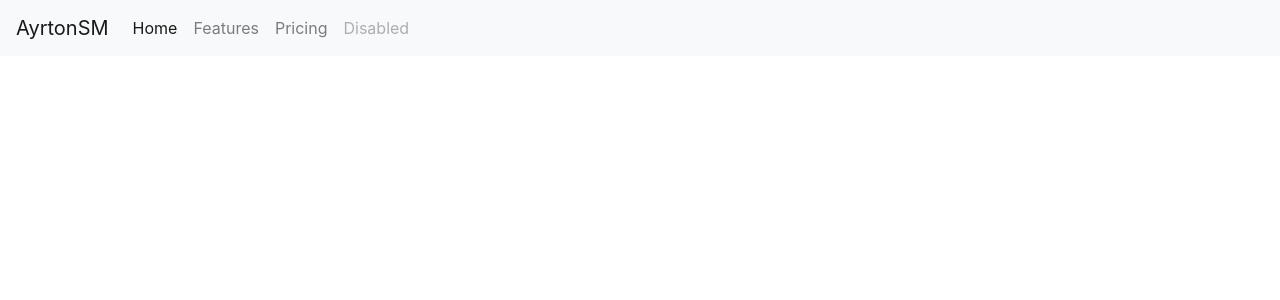
Repository: AyrtonSM/ayrtonsm.github.io
Page: website/index.html
These files come from the project's save history. The page is drawn as it stood at one moment and after the next save; the edit follows.
The browser window is 1280 px wide. The pictures show the whole page.
Some web libraries are served in a nearby version.

Above is the page before, as saved 2019-07-23 09:12:24.

### website/index.html
<!DOCTYPE html>

<head>
<meta charset="utf-8">
<meta name="viewport" content="width=device-width, initial-scale=1, shrink-to-fit=no">


<link rel="stylesheet" href="https://maxcdn.bootstrapcdn.com/bootstrap/4.0.0/css/bootstrap.min.css" integrity="sha384-Gn5384xqQ1aoWXA+058RXPxPg6fy4IWvTNh0E263XmFcJlSAwiGgFAW/dAiS6JXm" crossorigin="anonymous">
</head>


<body>


    <nav class="navbar navbar-expand-lg navbar-light bg-light">

        <a class="navbar-brand" href="#">AyrtonSM</a>

        <button class="navbar-toggler" type="button" data-toggle="collapse" data-target="#navbarNav" aria-controls="navbarNav" aria-expanded="false" aria-label="Toggle navigation">
            <span class="navbar-toggler-icon"></span>
        </button>

        <div class="collapse navbar-collapse" id="navbarNav">
            <ul class="navbar-nav">
            <li class="nav-item active">
                <a class="nav-link" href="#">Home <span class="sr-only">(current)</span></a>
            </li>
            <li class="nav-item">
                <a class="nav-link" href="#">Features</a>
            </li>
            <li class="nav-item">
                <a class="nav-link" href="#">Pricing</a>
            </li>
            <li class="nav-item">
                <a class="nav-link disabled" href="#">Disabled</a>
            </li>
            </ul>
        </div>

    </nav>





<script src="https://code.jquery.com/jquery-3.2.1.slim.min.js" integrity="sha384-KJ3o2DKtIkvYIK3UENzmM7KCkRr/rE9/Qpg6aAZGJwFDMVNA/GpGFF93hXpG5KkN" crossorigin="anonymous"></script>
<script src="https://cdnjs.cloudflare.com/ajax/libs/popper.js/1.12.9/umd/popper.min.js" integrity="sha384-ApNbgh9B+Y1QKtv3Rn7W3mgPxhU9K/ScQsAP7hUibX39j7fakFPskvXusvfa0b4Q" crossorigin="anonymous"></script>
<script src="https://maxcdn.bootstrapcdn.com/bootstrap/4.0.0/js/bootstrap.min.js" integrity="sha384-JZR6Spejh4U02d8jOt6vLEHfe/JQGiRRSQQxSfFWpi1MquVdAyjUar5+76PVCmYl" crossorigin="anonymous"></script>
</body>


</html>

After the next save:
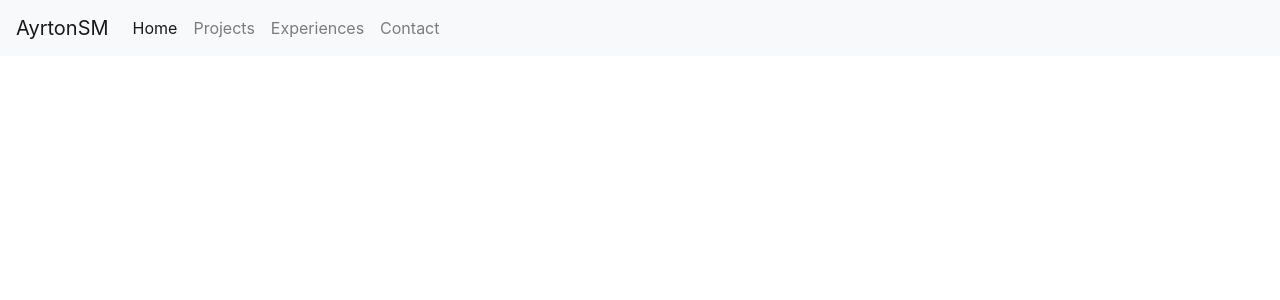
Saved 102 s later.
--- a/website/index.html
+++ b/website/index.html
@@ -26,13 +26,13 @@
                 <a class="nav-link" href="#">Home <span class="sr-only">(current)</span></a>
             </li>
             <li class="nav-item">
-                <a class="nav-link" href="#">Features</a>
+                <a class="nav-link" href="#">Projects</a>
             </li>
             <li class="nav-item">
-                <a class="nav-link" href="#">Pricing</a>
+                <a class="nav-link" href="#">Experiences</a>
             </li>
             <li class="nav-item">
-                <a class="nav-link disabled" href="#">Disabled</a>
+                <a class="nav-link" href="#">Contact</a>
             </li>
             </ul>
         </div>
